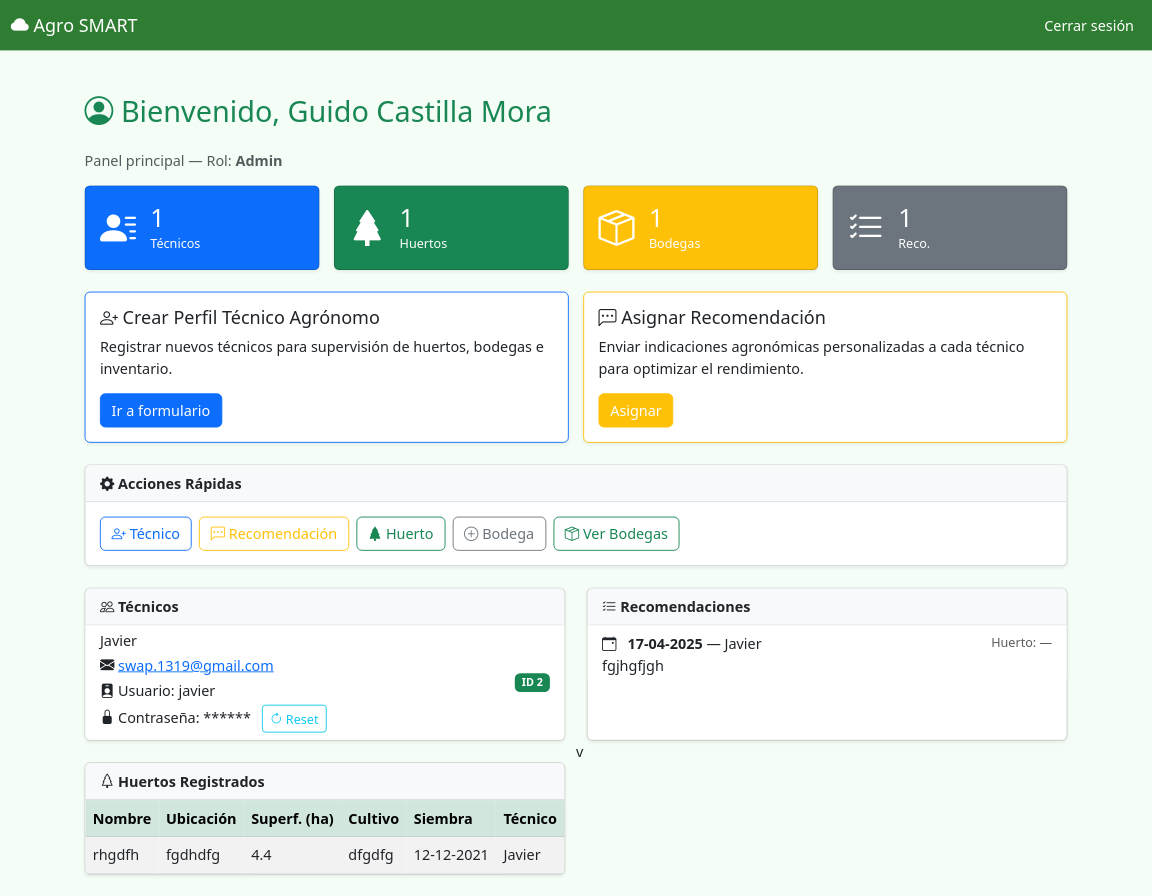
Repository: eikos4/Agrodeskv3
Page: http://localhost/admin/dashboard
The author's editor kept a copy of each file at every save. The page is drawn from the files as they stood at one save, then again after the next save.
The browser window is 1280 px wide. The pictures show the whole page, at 90% of full size.
The page is served by the project's application, run on Flask 3 (app/__init__.py). The user the application loads for id 1 is signed in. Other server files are loaded and not shown. The page reads the database file committed with the project.

Above is the page before, as saved 2025-04-17 00:02:06.

### app/templates/admin/admin_dashboard.html
{% extends "base.html" %}

{% block title %}Panel Administrativo{% endblock %}

{% block content %}

<div class="container py-4">

  <!-- Título del panel -->
  <h2 class="mb-4 text-success">
    <i class="bi bi-person-circle"></i> Bienvenido, {{ current_user.name }}
  </h2>
  <p class="text-muted">Panel principal — Rol: <strong>{{ current_user.role|capitalize }}</strong></p>

  {% if notificaciones %}
  <!-- Notificaciones -->
  <div class="alert alert-light border-start border-4 border-success shadow-sm mb-4">
    <h5><i class="bi bi-bell-fill text-success"></i> Notificaciones</h5>
    <ul class="mb-0 ps-3">
      {% for n in notificaciones %}
        <li><strong>{{ n.titulo }}</strong> — {{ n.mensaje }} <small class="text-muted">({{ n.fecha.strftime('%d-%m-%Y') }})</small></li>
      {% endfor %}
    </ul>
  </div>
  {% endif %}


  {% if current_user.role == 'admin' %}
  <!-- Estadísticas generales -->
  <div class="row g-3 mb-4">
    {% set stats = [
      {'icon':'person-lines-fill','count': tecnicos|length, 'label':'Técnicos','color':'primary'},
      {'icon':'tree-fill','count': huertos|length,       'label':'Huertos','color':'success'},
      {'icon':'box-seam','count': bodegas|length,       'label':'Bodegas','color':'warning'},
      {'icon':'list-check','count': ultimas_recomendaciones|length,'label':'Reco.','color':'secondary'}
    ] %}
    {% for item in stats %}
    <div class="col-md-3">
      <div class="card text-white bg-{{ item.color }} shadow-sm h-100">
        <div class="card-body d-flex align-items-center">
          <i class="bi bi-{{ item.icon }} fs-1 me-3"></i>
          <div>
            <h3 class="mb-0">{{ item.count }}</h3>
            <small>{{ item.label }}</small>
          </div>
        </div>
      </div>
    </div>
    {% endfor %}
  </div>

  <div class="row g-3 mb-4">
    <div class="col-md-6">
      <div class="card border-primary shadow-sm h-100">
        <div class="card-body">
          <h5 class="card-title"><i class="bi bi-person-plus"></i> Crear Perfil Técnico Agrónomo</h5>
          <p class="card-text">Registrar nuevos técnicos para supervisión de huertos, bodegas e inventario.</p>
          <a href="{{ url_for('admin.crear_tecnico') }}" class="btn btn-primary">Ir a formulario</a>
        </div>
      </div>
    </div>
    <div class="col-md-6">
      <div class="card border-warning shadow-sm h-100">
        <div class="card-body">
          <h5 class="card-title"><i class="bi bi-chat-left-dots"></i> Asignar Recomendación</h5>
          <p class="card-text">Enviar indicaciones agronómicas personalizadas a cada técnico para optimizar el rendimiento.</p>
          <a href="{{ url_for('admin.recomendar') }}" class="btn btn-warning text-white">Asignar</a>
        </div>
      </div>
    </div>
  </div>










  <!-- Acciones rápidas -->
  <div class="card mb-4 shadow-sm">
    <div class="card-header bg-light"><strong><i class="bi bi-gear-fill"></i> Acciones Rápidas</strong></div>
    <div class="card-body">
      <div class="d-flex flex-wrap gap-2">
        <a class="btn btn-outline-primary" href="{{ url_for('admin.crear_tecnico') }}"><i class="bi bi-person-plus"></i> Técnico</a>
        <a class="btn btn-outline-warning" href="{{ url_for('admin.recomendar') }}"><i class="bi bi-chat-left-dots"></i> Recomendación</a>
        <a class="btn btn-outline-success" href="{{ url_for('admin.crear_huerto') }}"><i class="bi bi-tree-fill"></i> Huerto</a>
        <a class="btn btn-outline-secondary" href="{{ url_for('admin.crear_bodega') }}"><i class="bi bi-plus-circle"></i> Bodega</a>
        <a class="btn btn-outline-success" href="{{ url_for('admin.listar_bodegas') }}"><i class="bi bi-box-seam"></i> Ver Bodegas</a>
      </div>
    </div>
  </div>

  <!-- Sección: Técnicos y Recomendaciones -->
    <!-- Sección: Técnicos y Recomendaciones -->
    <div class="row g-4 mb-4">
      <div class="col-lg-6">
        <div class="card h-100 shadow-sm">
          <div class="card-header bg-light"><strong><i class="bi bi-people"></i> Técnicos</strong></div>
          <ul class="list-group list-group-flush">
            {% for t in tecnicos %}
            <li class="list-group-item">
              <div class="d-flex justify-content-between align-items-start">
                <div>
                  <h6 class="mb-1">{{ t.name }}</h6>
                  <p class="mb-1">
                    <i class="bi bi-envelope-fill"></i>
                    <a href="mailto:{{ t.email }}">{{ t.email }}</a>
                  </p>
                  <p class="mb-1">
                    <i class="bi bi-person-badge-fill"></i>
                    Usuario: {{ t.name|lower|replace(' ', '.') }}
                  </p>
                  <p class="mb-0">
                    <i class="bi bi-lock-fill"></i>
                    Contraseña: ******
                    <a href="{{ url_for('admin.reset_password', tecnico_id=t.id) }}" class="ms-2 btn btn-sm btn-outline-info">
                      <i class="bi bi-arrow-clockwise"></i> Reset
                    </a>
                  </p>
                </div>
                <span class="badge bg-success align-self-center">ID {{ t.id }}</span>
              </div>
            </li>
            {% else %}
            <li class="list-group-item text-muted">No hay técnicos registrados.</li>
            {% endfor %}
          </ul>
        </div>
      </div>
      <div class="col-lg-6">
        <div class="card h-100 shadow-sm">
          <div class="card-header bg-light"><strong><i class="bi bi-list-check"></i> Recomendaciones</strong></div>
          <ul class="list-group list-group-flush">
            {% for r in ultimas_recomendaciones %}
            <li class="list-group-item">
              <div class="d-flex justify-content-between">
                <div>
                  <i class="bi bi-calendar-event me-2"></i>
                  <strong>{{ r.fecha.strftime('%d-%m-%Y') }}</strong> — {{ r.tecnico.name }}
                </div>
                <small class="text-muted">Huerto: {{ r.huerto.nombre if r.huerto else '—' }}</small>
              </div>
              <p class="mb-0">{{ r.contenido }}</p>
            </li>
            {% else %}
            <li class="list-group-item text-muted">No hay recomendaciones.</li>
            {% endfor %}
          </ul>
        </div>
      </div>
    </div>


  <!-- Sección: Huertos y Bodegas -->
  <div class="row g-4">
    <div class="col-lg-6">
      <div class="card shadow-sm">
        <div class="card-header bg-light"><strong><i class="bi bi-tree"></i> Huertos Registrados</strong></div>
        <div class="table-responsive">
          <table class="table table-striped mb-0">
            <thead class="table-success">
              <tr><th>Nombre</th><th>Ubicación</th><th>Superf. (ha)</th><th>Cultivo</th><th>Siembra</th><th>Técnico</th></tr>
            </thead>
            <tbody>
              {% for h in huertos %}
              <tr>
                <td>{{ h.nombre }}</td>
                <td>{{ h.ubicacion }}</td>
                <td>{{ h.superficie_ha }}</td>
                <td>{{ h.tipo_cultivo }}</td>
                <td>{{ h.fecha_siembra.strftime('%d-%m-%Y') }}</td>
                <td>{{ h.responsable.name }}</td>
              </tr>
              {% else %}
              <tr><td colspan="6" class="text-center text-muted">No hay huertos.</td></tr>
              {% endfor %}
            </tbody>
          </table>
        </div>
      </div>
    </div>
  v

  {% endif %}
</div>
{% endblock %}

### app/templates/base.html
<!DOCTYPE html>
<html lang="es">
<head>
    <meta charset="UTF-8">
    <title>{% block title %}AgroSMART{% endblock %}</title>
    <meta name="viewport" content="width=device-width, initial-scale=1">

    <!-- Bootstrap 5 -->
    <link href="https://cdn.jsdelivr.net/npm/bootstrap@5.3.0/dist/css/bootstrap.min.css" rel="stylesheet">

    <!-- Iconos de Bootstrap -->
    <link href="https://cdn.jsdelivr.net/npm/bootstrap-icons@1.10.5/font/bootstrap-icons.css" rel="stylesheet">

    <style>
        body {
            background-color: #f4fdf6;
        }
        .navbar-agro {
            background-color: #2e7d32; /* Verde oscuro */
        }
        .navbar-agro .nav-link,
        .navbar-agro .navbar-brand {
            color: #ffffff !important;
        }
        .navbar-agro .nav-link:hover {
            color: #c8e6c9 !important;
        }
        .btn-agro {
            background-color: #43a047;
            color: white;
        }
        .btn-agro:hover {
            background-color: #388e3c;
        }
    </style>
</head>
<body>

<nav class="navbar navbar-expand-lg navbar-agro">
  <div class="container-fluid">
    <a class="navbar-brand" href="{{ url_for('main.index') }}">
        <i class="bi bi-cloud-fill"></i> Agro SMART
    </a>
    <button class="navbar-toggler" type="button" data-bs-toggle="collapse" data-bs-target="#navbarNav">
      <span class="navbar-toggler-icon"></span>
    </button>
    <div class="collapse navbar-collapse justify-content-end" id="navbarNav">
      <ul class="navbar-nav">
        {% if current_user.is_authenticated %}
          <li class="nav-item">
            <a class="nav-link" href="{{ url_for('auth.logout') }}">Cerrar sesión</a>
          </li>
        {% endif %}
      </ul>
    </div>
  </div>
</nav>

<div class="container mt-4">
  {% with messages = get_flashed_messages(with_categories=true) %}
    {% if messages %}
      {% for category, message in messages %}
        <div class="alert alert-{{ category }} alert-dismissible fade show" role="alert">
          {{ message }}
          <button type="button" class="btn-close" data-bs-dismiss="alert" aria-label="Close"></button>
        </div>
      {% endfor %}
    {% endif %}
  {% endwith %}

  {% block content %}{% endblock %}
</div>

<!-- Bootstrap JS (opcional para alertas, menú móvil, etc.) -->
<script src="https://cdn.jsdelivr.net/npm/bootstrap@5.3.0/dist/js/bootstrap.bundle.min.js"></script>
</body>
</html>

### app/__init__.py
from flask import Flask, render_template
from flask_sqlalchemy import SQLAlchemy
from flask_login import LoginManager
from flask_migrate import Migrate
import os

db = SQLAlchemy()
login_manager = LoginManager()
migrate = Migrate()

def create_app():
    app = Flask(__name__)

    # Cargar la configuración del objeto Config definido en config.py.
    # Se recomienda usar variables de entorno para datos sensibles.
    app.config.from_object('config.Config')

    # Inicializar extensiones
    db.init_app(app)
    login_manager.init_app(app)
    migrate.init_app(app, db)

    # Configurar el login manager
    login_manager.login_view = "auth.login"        # Ruta o endpoint de la página de login
    login_manager.login_message_category = "info"   # Categoría para mensajes flash

    # Importar los modelos después de inicializar las extensiones para evitar ciclos
    from app.models import User

    @login_manager.user_loader
    def load_user(user_id):
        return User.query.get(int(user_id))

    # Registro de Blueprints
    from .routes.auth import auth_bp
    from .routes.admin import admin_bp
    from .routes.tecnico import tecnico_bp  # type: ignore
    from .routes.main import main_bp
    from flask_login import current_user

    app.register_blueprint(auth_bp)
    app.register_blueprint(admin_bp)
    app.register_blueprint(tecnico_bp)
    app.register_blueprint(main_bp)

    # Registro de manejadores de errores personalizados
    @app.errorhandler(404)
    def not_found_error(error):
        return render_template("404.html"), 404

    @app.context_processor
    def inject_user():
        return dict(user=current_user)


    @app.errorhandler(500)
    def internal_error(error):
        # Rollback de la sesión si ocurre un error interno para evitar bloqueos de transacciones
        db.session.rollback()
        return render_template("500.html"), 500

    return app

### app/routes/admin.py
from flask import Blueprint, render_template, redirect, url_for, flash, request
from flask_login import login_required, current_user
from werkzeug.security import generate_password_hash
from functools import wraps
from app.forms import CreateTechnicianForm, RecommendationForm, HuertoForm, BodegaForm
from app.models import User, Recomendacion, Huerto, Bodega
from app import db

admin_bp = Blueprint('admin', __name__)

# Decorador para asegurar que el usuario tenga rol de administrador
def admin_required(f):
    @wraps(f)
    def decorated_function(*args, **kwargs):
        if current_user.role != 'admin':
            flash("Acceso no autorizado", "danger")
            return redirect(url_for('main.dashboard'))
        return f(*args, **kwargs)
    return decorated_function

@admin_bp.route('/crear_tecnico', methods=['GET', 'POST'])
@login_required
@admin_required
def crear_tecnico():
    form = CreateTechnicianForm()
    if form.validate_on_submit():
        hashed_pw = generate_password_hash(form.password.data)
        new_user = User(
            name=form.name.data,
            email=form.email.data,
            password=hashed_pw,
            role="tecnico",
            created_by=current_user.id
        )
        db.session.add(new_user)
        db.session.commit()
        flash("Técnico creado exitosamente", "success")
        return redirect(url_for('main.dashboard'))
    return render_template("crear_tecnico.html", form=form)

@admin_bp.route('/recomendar', methods=['GET', 'POST'])
@login_required
@admin_required
def recomendar():
    form = RecommendationForm()
    form.tecnico_id.choices = [(u.id, u.name) for u in User.query.filter_by(role="tecnico").all()]
    if form.validate_on_submit():
        recomendacion = Recomendacion(
            contenido=form.contenido.data,
            tecnico_id=form.tecnico_id.data
        )
        db.session.add(recomendacion)
        db.session.commit()
        flash("Recomendación asignada", "success")
        return redirect(url_for('main.dashboard'))
    return render_template("recomendar.html", form=form)

@admin_bp.route('/crear_huerto', methods=['GET', 'POST'])
@login_required
@admin_required
def crear_huerto():
    form = HuertoForm()
    # Llena el select con los técnicos disponibles
    form.responsable_id.choices = [(t.id, t.name) for t in User.query.filter_by(role="tecnico").all()]
    if form.validate_on_submit():
        nuevo_huerto = Huerto(
            nombre=form.nombre.data,
            ubicacion=form.ubicacion.data,
            superficie_ha=form.superficie_ha.data,
            tipo_cultivo=form.tipo_cultivo.data,
            fecha_siembra=form.fecha_siembra.data,
            responsable_id=form.responsable_id.data
        )
        db.session.add(nuevo_huerto)
        db.session.commit()
        flash("Huerto creado exitosamente ✅", "success")
        return redirect(url_for('main.dashboard'))
    return render_template("huerto_form.html", form=form)

@admin_bp.route('/bodegas')
@login_required
@admin_required
def listar_bodegas():
    bodegas = Bodega.query.order_by(Bodega.nombre.asc()).all()
    return render_template("bodegas.html", bodegas=bodegas)

@admin_bp.route('/crear_bodega', methods=['GET', 'POST'])
@login_required
@admin_required
def crear_bodega():
    form = BodegaForm()
    # Cargar huertos y técnicos
    form.huerto_id.choices = [(h.id, h.nombre) for h in Huerto.query.all()]
    form.responsable_id.choices = [(0, "--- Sin asignar ---")] + [(t.id, t.name) for t in User.query.filter_by(role="tecnico")]
    if form.validate_on_submit():
        responsable_id = form.responsable_id.data if form.responsable_id.data != 0 else None
        nueva_bodega = Bodega(
            nombre=form.nombre.data,
            ubicacion=form.ubicacion.data,
            huerto_id=form.huerto_id.data,
            responsable_id=responsable_id
        )
        db.session.add(nueva_bodega)
        db.session.commit()
        flash("Bodega registrada correctamente ✅", "success")
        return redirect(url_for('admin.listar_bodegas'))
    return render_template("bodega_form.html", form=form)

@admin_bp.route('/bodega/<int:bodega_id>/quimicos')
@login_required
@admin_required
def ver_quimicos(bodega_id):
    bodega = Bodega.query.get_or_404(bodega_id)
    quimicos = bodega.quimicos  # Relación ya definida en el modelo
    return render_template('admin/quimicos_bodega.html', bodega=bodega, quimicos=quimicos)





@admin_bp.route('/quimico/<int:quimico_id>/editar', methods=['GET', 'POST'])
@login_required
@admin_required
def editar_quimico(quimico_id):
    quimico = Quimico.query.get_or_404(quimico_id)
    if request.method == 'POST':
        quimico.nombre = request.form['nombre']
        quimico.tipo = request.form['tipo']
        quimico.descripcion = request.form['descripcion']
        quimico.cantidad_litros = float(request.form['cantidad_litros'])
        db.session.commit()
        flash("Químico actualizado correctamente", "success")
        return redirect(url_for('admin.ver_quimicos', bodega_id=quimico.bodega_id))
    return render_template('admin/editar_quimico.html', quimico=quimico)



@admin_bp.route('/admin/dashboard')
@login_required
@admin_required
def admin_dashboard():
    bodegas = Bodega.query.order_by(Bodega.nombre.asc()).all()
    tecnicos = User.query.filter_by(role='tecnico').all()
    huertos = Huerto.query.order_by(Huerto.nombre.asc()).all()       # <-- Añadido
    ultimas_recomendaciones = (
        Recomendacion.query
        .order_by(Recomendacion.fecha.desc())
        .limit(5)
        .all()
    )
    return render_template(
        'admin/admin_dashboard.html',
        bodegas=bodegas,
        tecnicos=tecnicos,
        huertos=huertos,                                          # <-- Añadido
        ultimas_recomendaciones=ultimas_recomendaciones
    )

@admin_bp.route('/admin/actualizar_recomendacion/<int:recomendacion_id>', methods=['POST'])
@login_required
@admin_required
def actualizar_recomendacion(recomendacion_id):
    recomendacion = Recomendacion.query.get_or_404(recomendacion_id)
    recomendacion.estado = request.form['estado']
    db.session.commit()
    flash("Estado de la recomendación actualizado exitosamente", "success")
    return redirect(url_for('admin.admin_dashboard'))



from flask import render_template, request, redirect, url_for, flash
from werkzeug.security import generate_password_hash
from app.models import User
# Asegúrate de tener importados db, login_required, admin_required

@admin_bp.route('/admin/tecnico/<int:tecnico_id>/reset_password', methods=['GET', 'POST'])
@login_required
@admin_required
def reset_password(tecnico_id):
    tecnico = User.query.get_or_404(tecnico_id)
    if request.method == 'POST':
        nueva = request.form['password']
        tecnico.password = generate_password_hash(nueva)
        db.session.commit()
        flash(f"Contraseña de {tecnico.name} actualizada.", "success")
        return redirect(url_for('admin.admin_dashboard'))
    return render_template('admin/reset_password.html', tecnico=tecnico)

### instance/agrocloud.db (the tables this page reads, as SQL)
CREATE TABLE bodegas (
	id INTEGER NOT NULL, 
	nombre VARCHAR(100) NOT NULL, 
	ubicacion VARCHAR(100), 
	responsable_id INTEGER, 
	huerto_id INTEGER NOT NULL, 
	created_at DATETIME, 
	updated_at DATETIME, 
	PRIMARY KEY (id), 
	FOREIGN KEY(huerto_id) REFERENCES huertos (id), 
	FOREIGN KEY(responsable_id) REFERENCES users (id)
);
INSERT INTO "bodegas" VALUES
(1, 'Alan brito', 'catollo', 2, 1, '2025-04-17 23:33:51.121613', '2025-04-17 23:33:51.121618');

CREATE TABLE huertos (
	id INTEGER NOT NULL, 
	nombre VARCHAR(100) NOT NULL, 
	ubicacion VARCHAR(200), 
	superficie_ha FLOAT, 
	tipo_cultivo VARCHAR(100), 
	fecha_siembra DATE, 
	responsable_id INTEGER, 
	created_at DATETIME, 
	updated_at DATETIME, 
	PRIMARY KEY (id), 
	FOREIGN KEY(responsable_id) REFERENCES users (id)
);
INSERT INTO "huertos" VALUES
(1, 'rhgdfh', 'fgdhdfg', 4.4, 'dfgdfg', '2021-12-12', 2, '2025-04-17 23:33:06.089359', '2025-04-17 23:33:06.089369');

CREATE TABLE recomendacion (
	id INTEGER NOT NULL, 
	contenido TEXT NOT NULL, 
	fecha DATETIME, 
	categoria VARCHAR(100), 
	estado VARCHAR(20), 
	adjunto VARCHAR(200), 
	tecnico_id INTEGER, 
	autor_id INTEGER, 
	PRIMARY KEY (id), 
	FOREIGN KEY(autor_id) REFERENCES users (id), 
	FOREIGN KEY(tecnico_id) REFERENCES users (id)
);
INSERT INTO "recomendacion" VALUES
(1, 'fgjhgfjgh', '2025-04-17 23:45:08.317837', NULL, 'pendiente', NULL, 2, NULL);

CREATE TABLE users (
	id INTEGER NOT NULL, 
	name VARCHAR(100) NOT NULL, 
	email VARCHAR(150) NOT NULL, 
	password VARCHAR(200) NOT NULL, 
	role VARCHAR(20) NOT NULL, 
	created_by INTEGER, 
	created_at DATETIME, 
	updated_at DATETIME, 
	PRIMARY KEY (id), 
	FOREIGN KEY(created_by) REFERENCES users (id)
);
INSERT INTO "users" VALUES
(1, 'Guido Castilla Mora', 'guido@agrocloud.cl', 'scrypt:32768:8:1$UcWMlIv4oViOaPQj$4d5777988d157cd96fb4feac4110ea1bd0b5c715f32791a37922e6941c228e9e4a723003b095e46d76f2f310074ab29ee94bd776404a8144e13cb43c19d4e559', 'admin', NULL, '2025-04-17 23:16:18.435664', '2025-04-17 23:16:18.435670'),
(2, 'Javier', 'swap.1319@gmail.com', 'scrypt:32768:8:1$6y2Fs4lw9H8hl7u6$885c992452306bc98f13c96bcb742ceadf1163ed18b430c5432c8e8348a8c488ac66ad511bedece8ab926819446097d01a13d8a0e0b2642220f0106ab8d197e6', 'tecnico', 1, '2025-04-17 23:17:48.669882', '2025-04-17 23:18:13.070963');

After the next save:
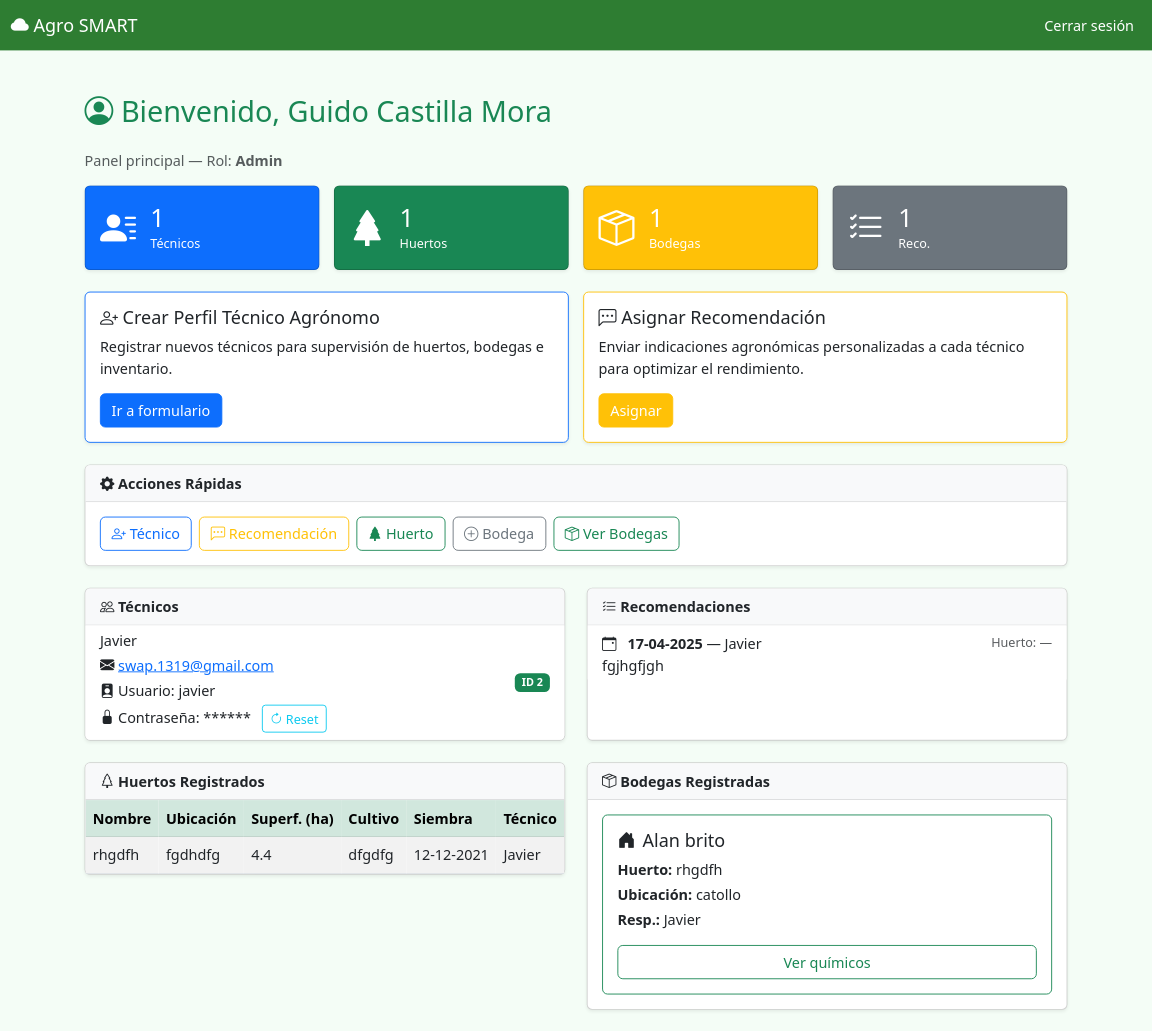
Saved 35 s later.
--- a/app/templates/admin/admin_dashboard.html
+++ b/app/templates/admin/admin_dashboard.html
@@ -182,7 +182,33 @@
         </div>
       </div>
     </div>
-  v
+    <div class="col-lg-6">
+      <div class="card shadow-sm">
+        <div class="card-header bg-light"><strong><i class="bi bi-box-seam"></i> Bodegas Registradas</strong></div>
+        <div class="card-body">
+          <div class="row row-cols-1 g-3">
+            {% for b in bodegas %}
+            <div class="col">
+              <div class="card border-success h-100">
+                <div class="card-body d-flex flex-column justify-content-between">
+                  <div>
+                    <h5><i class="bi bi-house-door-fill me-2"></i>{{ b.nombre }}</h5>
+                    <p class="mb-1"><strong>Huerto:</strong> {{ b.huerto.nombre if b.huerto else '—' }}</p>
+                    <p class="mb-1"><strong>Ubicación:</strong> {{ b.ubicacion or '—' }}</p>
+                    <p class="mb-0"><strong>Resp.:</strong> {{ b.responsable.name if b.responsable else '—' }}</p>
+                  </div>
+                  <a href="{{ url_for('admin.ver_quimicos', bodega_id=b.id) }}" class="btn btn-outline-success mt-3">Ver químicos</a>
+                </div>
+              </div>
+            </div>
+            {% else %}
+            <div class="col"><div class="alert alert-info text-center mb-0">No hay bodegas.</div></div>
+            {% endfor %}
+          </div>
+        </div>
+      </div>
+    </div>
+  </div>
 
   {% endif %}
 </div>
